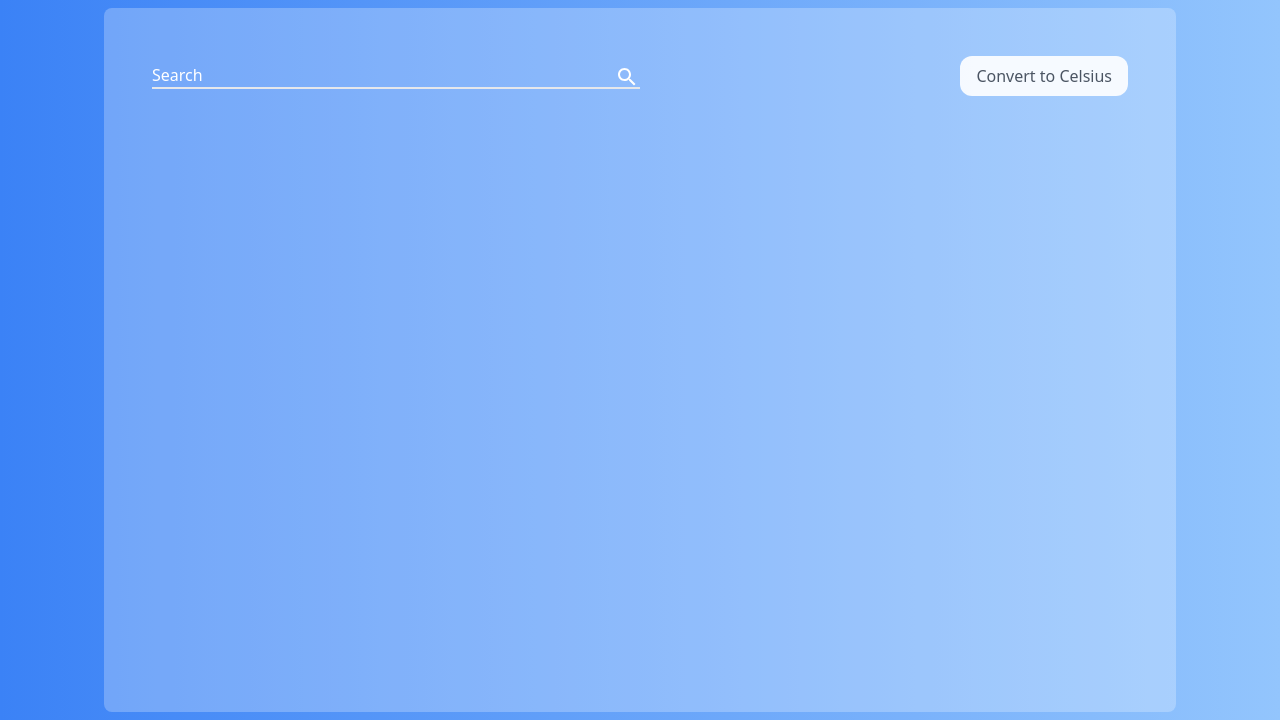
Repository: DevAntonioRogers/react-weatherapp-v2
Page: /
The author's editor kept a copy of each file at every save. The page is drawn from the files as they stood at one save, then again after the next save.
The browser window is 1280 px wide. The pictures show the whole page.
The project was rebuilt for these pictures with package versions that can differ from the ones it lists, and the page was loaded fresh each time. The framework's server and built-in components were replaced by stand-ins that run in the browser. Also part of the build but not shown: next.config.js.

Above is the page before, as saved 2023-05-18 23:25:26.

After the next save:
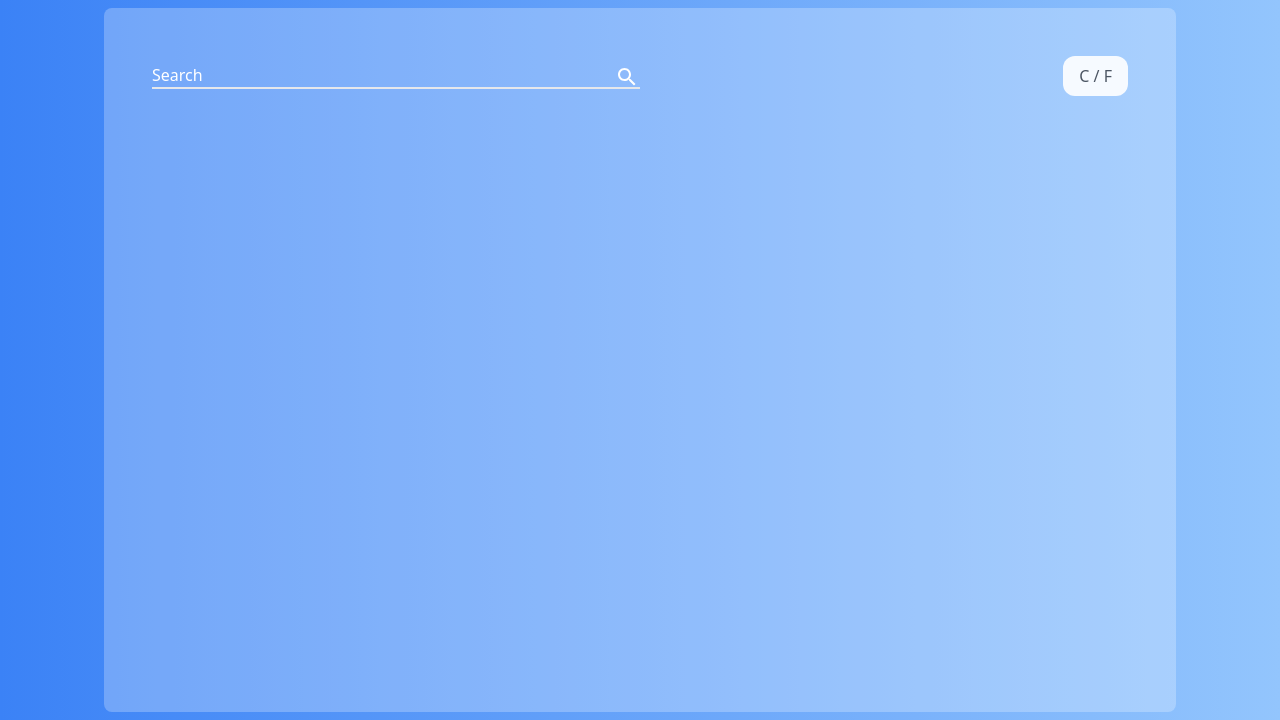
Saved 16 s later.
--- a/app/components/Conversion.tsx
+++ b/app/components/Conversion.tsx
@@ -3,7 +3,7 @@ import React from "react";
 const Conversion = () => {
   return (
     <div className="">
-      <button className="rounded-xl bg-white/90 px-4 py-2 text-gray-600">Convert to Celsius</button>
+      <button className="rounded-xl bg-white/90 px-4 py-2 text-gray-600">C / F</button>
     </div>
   );
 };
